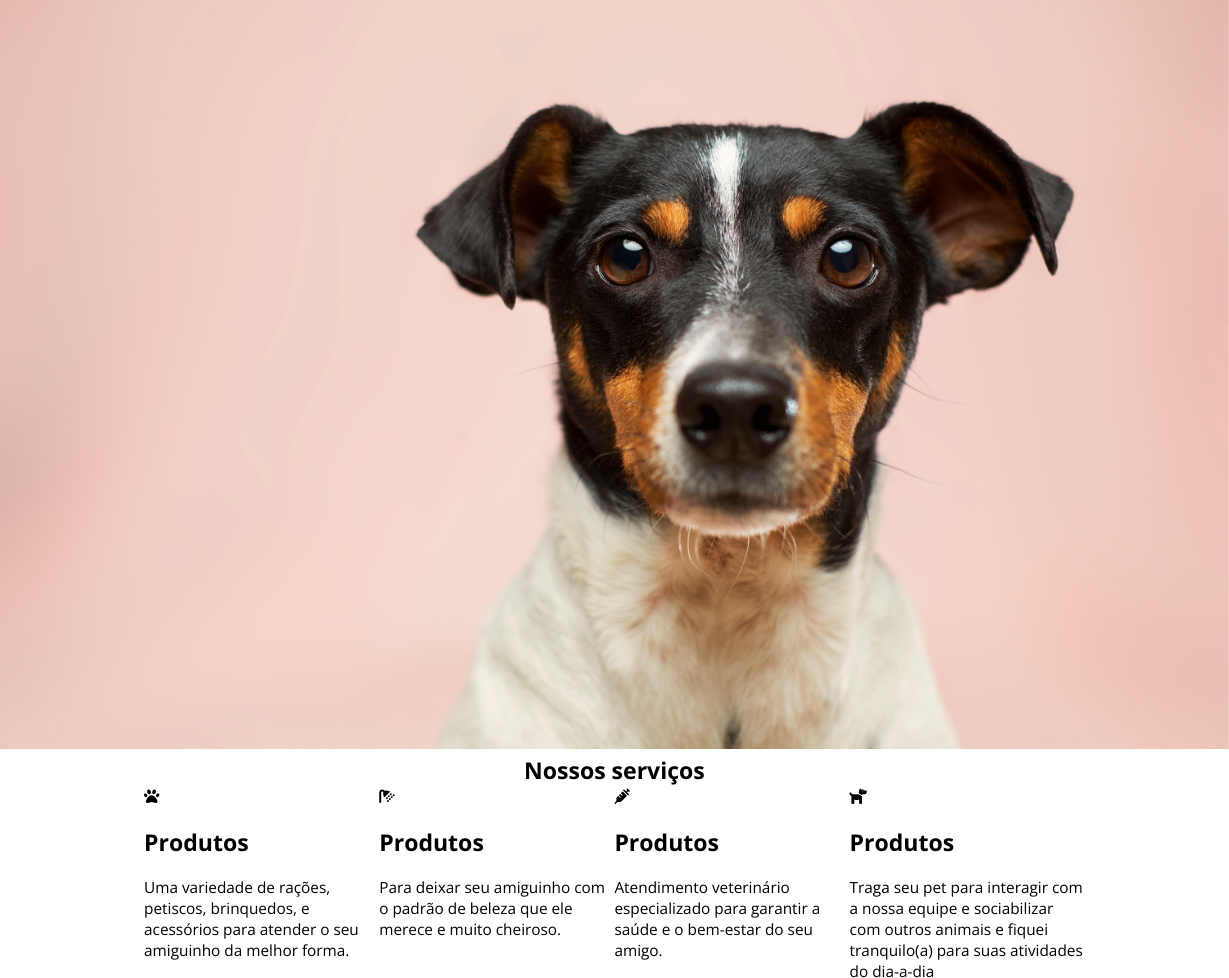
Repository: Carolden/ProhetoPetShop
Page: index.html
An editor plug-in stored every save of this project. The page is shown before and after the next save, followed by the edit.
The browser window is 1280 px wide. The pictures show the part of the page from y = 270 to 1289 px (the page is 2823 px tall), at 96% of full size.
A picture or video elsewhere on the page could not be fetched, so the positions and the page height are approximate.

Above is the page before, as saved 2023-04-28 10:22:38.

After the next save:
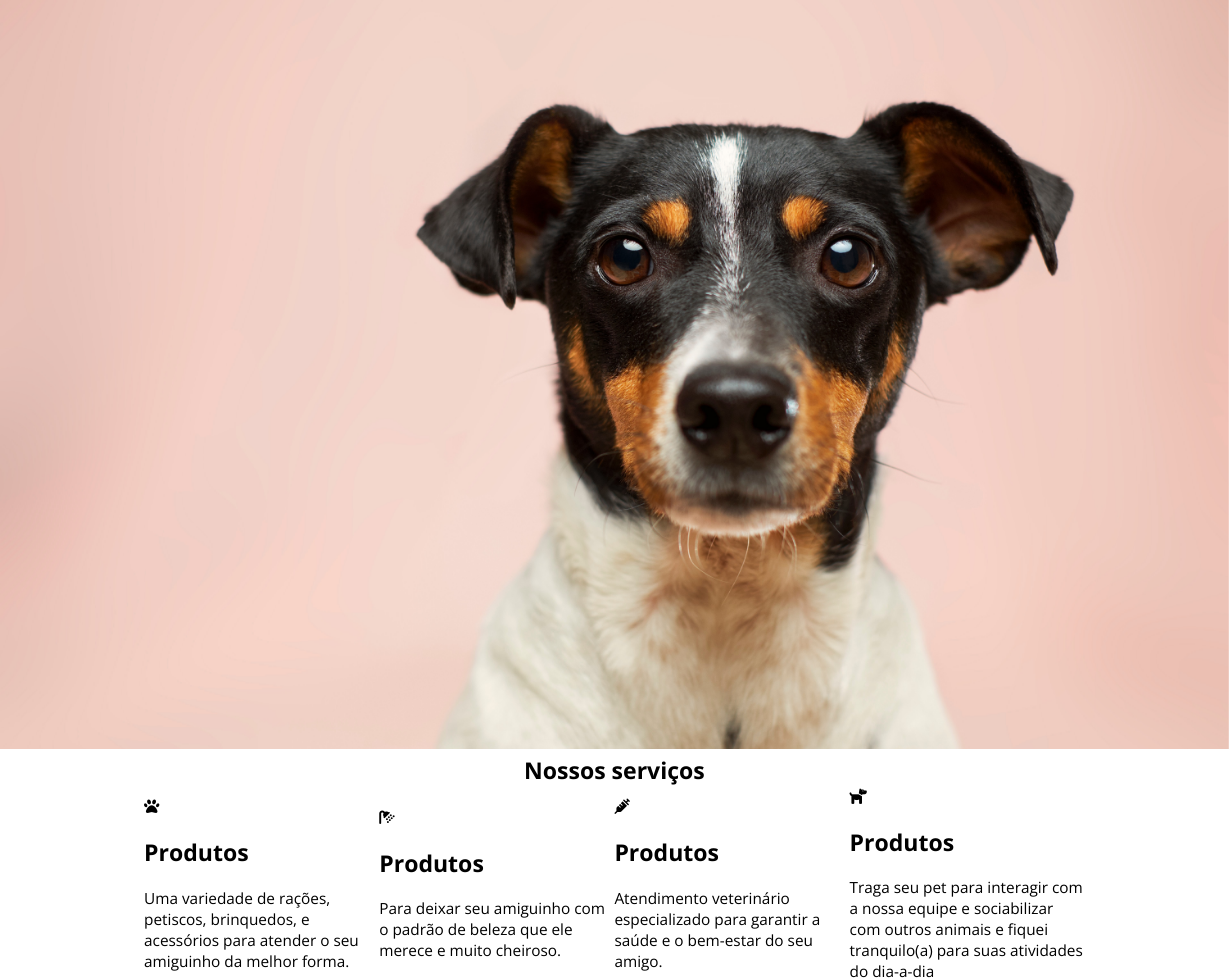
Saved 8 s later.
--- a/index.css
+++ b/index.css
@@ -57,11 +57,12 @@ a:hover {
 .servicesrow {
     display: flex;
     width: 100%;
+    align-items: center;
 }
 
 .servicescolumn {
     width: 25%;
-    align-items: center;
+
 }
 
 
